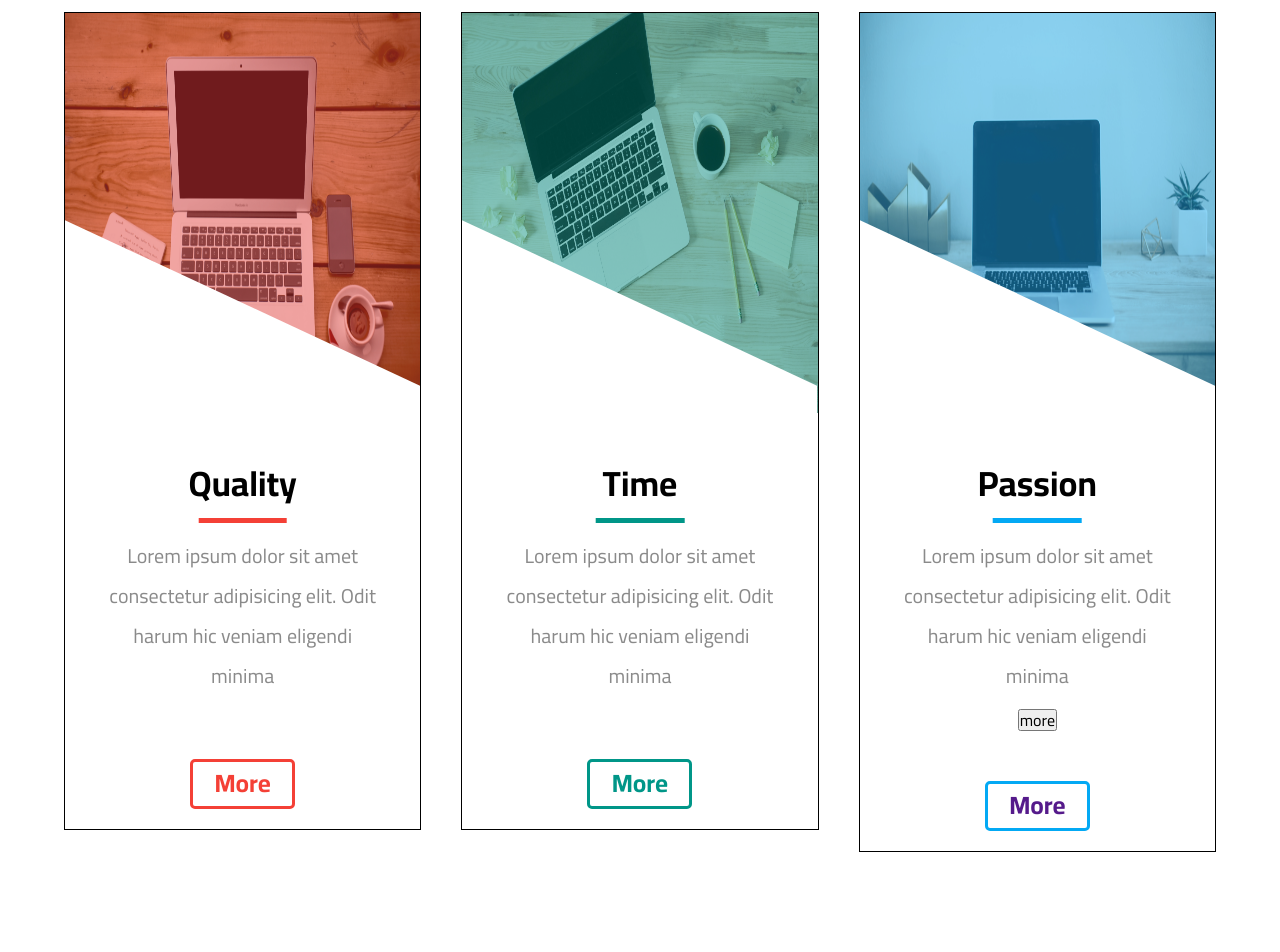
Repository: Toqa-25/elzeroAcdemey-Templete
Page: index.html
These files come from the project's save history. The page is drawn as it stood at one moment and after the next save; the edit follows.
The browser window is 1280 px wide. The pictures show the part of the page from y = 3276 to 4228 px (the page is 4228 px tall before and 4206 px after).
A picture or video elsewhere on the page could not be fetched, so the positions and the page height are approximate.

Above is the page before, as saved 2022-01-20 04:50:50.

### index.html
<!DOCTYPE html>
<html lang="en">
<head>
    <meta charset="UTF-8">
    <meta http-equiv="X-UA-Compatible" content="IE=edge">
    <meta name="viewport" content="width=device-width, initial-scale=1.0">
    <!-- normalize file -->
    <link rel="stylesheet" href="css/normalize.css">
    <!-- css files -->
    <link rel="stylesheet" href="css/style.css">
    <!-- fontAwosem file -->
    <link rel="stylesheet" href="css/all.min.css">
     <!-- font files -->
     <link rel="preconnect" href="https://fonts.googleapis.com">
    <link rel="preconnect" href="https://fonts.gstatic.com" crossorigin>
    <link href="https://fonts.googleapis.com/css2?family=Cairo:wght@200;400;700;800;900&display=swap" rel="stylesheet">
    <!-- page title -->
    <title>templete 3</title>
</head>
<body>
    <!-- header section -->
    <header id="" class="">
        <div class="container">
            <div class="header-content">
                <div class="header-content-logo">
                    <a href="index.html" class="logo link-none">Elzero</a>
                </div>
                <nav>
                     <ul class="nav-list unlist">
                        <li class="nav-list-item"> <a href="#articles" class="link-none  link-style" id="">articles</a></li>
                        <li class="nav-list-item"> <a href="#gallery" class="link-none  link-style" id="">gallery</a></li>
                        <li class="nav-list-item"> <a href="#features" class="link-none  link-style" id="">features</a></li>
                        <li class="nav-list-item" id="parent-other-links"> <a href="javascript:;" class="link-none  link-style " >other links</a>
                            <div class="other-links " id="child-other-links">
                            <div class="other-links-content">
                                <div class="other-links-content-img">
                                    <img src="images/header/Video files-amico.svg" alt="">
                                </div>
                                <ul class="other-links-list unlist">
                                    <div class="other-links-list-group-one">
                                    <li id="" class="other-links-list-item"><a href="" class="link-none  link-style "><i class="far fa-comments"></i> testimonials</a></li>
                                    <li id="" class="other-links-list-item"><a href="" class="link-none  link-style "><i class="far fa-user"></i> team member</a></li>
                                    <li id="" class="other-links-list-item"><a href="" class="link-none  link-style"><i class="far fa-building"></i> services</a></li>
                                    <li id="" class="other-links-list-item"><a href="" class="link-none  link-style"><i class="far fa-check-circle"></i> our skils</a></li>
                                    <li id="last-other-links-list-item" class="other-links-list-item last-other-links-list-item"><a href="" class="link-none  link-style"><i class="far fa-clipboard"></i> how it work</a></li>
                                    </div>
                                    <div class="other-links-list-group-one">
                                        <li id="" class="other-links-list-item"><a href="" class="link-none  link-style"><i class="far fa-calendar-alt"></i> events</a></li>
                                        <li id="" class="other-links-list-item"><a href="" class="link-none  link-style"><i class="fas fa-server"></i> pricing planes</a></li>
                                        <li id="" class="other-links-list-item"><a href="" class="link-none  link-style"><i class="far fa-play-circle"></i> top video</a></li>
                                        <li id="" class="other-links-list-item"><a href="" class="link-none  link-style"><i class="fas fa-chart-bar"></i> states</a></li>
                                        <li id="" class="other-links-list-item "><a href="" class="link-none  link-style"><i class="fas fa-percent"></i> request a discount</a></li>
                                    </div>
                                </ul>
                            </div>
                            </div>
                        </li>

                    </ul>
                </nav>
            </div>
        </div>
    </header>
    <!-- welcom section -->
    <section id="welcome" class="welcome marge">
        <div class="container">
            <div class="welcome-content">
                <div class="welcome-content-info">
                    <h1 class="welcome-content-info-head">welcome, to elzero world</h1>
                    <p class="welcome-content-info-text">Here Iam gonna share everything about my life. Books Iam reading, Games Iam Playing, Stories and Events</p>
                </div>
                <div class="welcome-content-img">
                    <img src="images/welcome/Website setup-amico.svg" alt="" srcset="" class="animate">
                </div>
            </div>
        </div>

    </section>
     <!-- arrow-up-down -->
    <div class="arrow ">
        <a href="#articles" class="link-none "><i class="fas fa-angle-double-down"></i></a>
    </div>
     <!-- article section -->
     <section class="container articles pad" id="articles">
         <div class="special-head">
             <h2>articles</h2>
            </div>
            <div class="article-content">
             <div class="article-content-item">
                <div class="article-content-item-img">
                    <img src="images/article/p_2.png" alt="" srcset="">
                </div>
                <div class="article-content-item-info">
                    <h3 class="article-content-item-info-head"> Test Title</h3>
                    <p class="article-content-item-info-text">Lorem ipsum dolor sit amet consectetur, adipisicing elit. Reprehenderit</p>
                </div>
                <div class="article-content-item-details">
                    <a href="#" class="article-content-item-details-link link-none">read more</a>
                    <a href="#" class="article-content-item-details-link link-none"><i class="fas fa-arrow-right"></i></a>
                </div>
         </div>
             <div class="article-content-item">
                <div class="article-content-item-img">
                    <img src="images/article/p_3.jpg" alt="" srcset="">
                </div>
                <div class="article-content-item-info">
                    <h3 class="article-content-item-info-head"> Test Title</h3>
                    <p class="article-content-item-info-text">Lorem ipsum dolor sit amet consectetur, adipisicing elit. Reprehenderit</p>
                </div>
                <div class="article-content-item-details">
                    <a href="#" class="article-content-item-details-link link-none">read more</a>
                    <a href="#" class="article-content-item-details-link link-none"><i class="fas fa-arrow-right"></i></a>
                </div>
         </div>
             <div class="article-content-item">
                <div class="article-content-item-img">
                    <img src="images/article/p_4.jpg" alt="" srcset="">
                </div>
                <div class="article-content-item-info">
                    <h3 class="article-content-item-info-head"> Test Title</h3>
                    <p class="article-content-item-info-text">Lorem ipsum dolor sit amet consectetur, adipisicing elit. Reprehenderit</p>
                </div>
                <div class="article-content-item-details">
                    <a href="#" class="article-content-item-details-link link-none">read more</a>
                    <a href="#" class="article-content-item-details-link link-none"><i class="fas fa-arrow-right"></i></a>
                </div>
         </div>
             <div class="article-content-item">
                <div class="article-content-item-img">
                    <img src="images/article/p_10.jpg" alt="" srcset="">
                </div>
                <div class="article-content-item-info">
                    <h3 class="article-content-item-info-head"> Test Title</h3>
                    <p class="article-content-item-info-text">Lorem ipsum dolor sit amet consectetur, adipisicing elit. Reprehenderit</p>
                </div>
                <div class="article-content-item-details">
                    <a href="#" class="article-content-item-details-link link-none">read more</a>
                    <a href="#" class="article-content-item-details-link link-none"><i class="fas fa-arrow-right"></i></a>
                </div>
         </div>
             <div class="article-content-item">
                <div class="article-content-item-img">
                    <img src="images/article/p_6.jpg" alt="" srcset="">
                </div>
                <div class="article-content-item-info">
                    <h3 class="article-content-item-info-head"> Test Title</h3>
                    <p class="article-content-item-info-text">Lorem ipsum dolor sit amet consectetur, adipisicing elit. Reprehenderit</p>
                </div>
                <div class="article-content-item-details">
                    <a href="#" class="article-content-item-details-link link-none">read more</a>
                    <a href="#" class="article-content-item-details-link link-none"><i class="fas fa-arrow-right"></i></a>
                </div>
         </div>
             <div class="article-content-item">
                <div class="article-content-item-img">
                    <img src="images/article/p_7.jpg" alt="" srcset="">
                </div>
                <div class="article-content-item-info">
                    <h3 class="article-content-item-info-head"> Test Title</h3>
                    <p class="article-content-item-info-text">Lorem ipsum dolor sit amet consectetur, adipisicing elit. Reprehenderit</p>
                </div>
                <div class="article-content-item-details">
                    <a href="#" class="article-content-item-details-link link-none">read more</a>
                    <a href="#" class="article-content-item-details-link link-none"><i class="fas fa-arrow-right"></i></a>
                </div>
         </div>
             <div class="article-content-item">
                <div class="article-content-item-img">
                    <img src="images/article/p_8 .jpg" alt="" srcset="">
                </div>
                <div class="article-content-item-info">
                    <h3 class="article-content-item-info-head"> Test Title</h3>
                    <p class="article-content-item-info-text">Lorem ipsum dolor sit amet consectetur, adipisicing elit. Reprehenderit</p>
                </div>
                <div class="article-content-item-details">
                    <a href="#" class="article-content-item-details-link link-none">read more</a>
                    <a href="#" class="article-content-item-details-link link-none"><i class="fas fa-arrow-right"></i></a>
                </div>
         </div>
             <div class="article-content-item">
                <div class="article-content-item-img">
                    <img src="images/article/p_9.jpg" alt="" srcset="">
                </div>
                <div class="article-content-item-info">
                    <h3 class="article-content-item-info-head"> Test Title</h3>
                    <p class="article-content-item-info-text">Lorem ipsum dolor sit amet consectetur, adipisicing elit. Reprehenderit</p>
                </div>
                <div class="article-content-item-details">
                    <a href="#" class="article-content-item-details-link link-none">read more</a>
                    <a href="#" class="article-content-item-details-link link-none"><i class="fas fa-arrow-right"></i></a>
                </div>
         </div>
         </div>
     </section>
     <!-- gallery section -->
     <section class="pad gallery contain" id="gallery">
         <div class="special-head">
             <h2>gallery</h2>
            </div>
          <div class="container gallery-content">
              <div class="gallery-content-item">
                  <img src="images/gallery/gallery-1.jpg" alt="" srcset="">
              </div>
              <div class="gallery-content-item">
                      <img src="images/gallery/CSS-2.png" alt="" srcset="">
              </div>
              <div class="gallery-content-item">
                  <img src="images/gallery/Bootstrap-3.jpg" alt="" srcset="">
              </div>
              <div class="gallery-content-item">
                  <img src="images/gallery/C++-4.jpg" alt="" srcset="">
                </div>
                <div class="gallery-content-item">
                    <img src="images/gallery/paython-5.png" alt="" srcset="">
                </div>
                <div class="gallery-content-item">
                  <img src="images/gallery/React-6.png" alt="" srcset="">
              </div>
          </div>
        </section>
    <!-- features section -->
    <section class="pad features" id="features">
          <div class="special-head">
             <h2>features</h2>
          </div>
          <div class="features-content container">
              <div class="features-content-item">
                  <div class="features-content-item-image">
                      <img src="images/features/feature-1 (1).jpg" alt="">
                  </div>
                  <div class="features-content-item-info">
                    <p class="features-content-item-info-head">quality</p>
                    <p class="features-content-item-info-text">Lorem ipsum dolor sit amet consectetur adipisicing elit. Odit harum hic veniam eligendi minima</p>
                    <!-- <button class="features-content-item-btn">more</button> -->
                </div>
                <div class="features-content-item-more">
                      <a href="" class="link-none">more</a>
                  </div>
              </div>
              <div class="features-content-item">
                  <div class="features-content-item-image">
                      <img src="images/features/feature-2.jpg" alt="">
                  </div>
                  <div class="features-content-item-info">
                    <p class="features-content-item-info-head">time</p>
                    <p class="features-content-item-info-text">Lorem ipsum dolor sit amet consectetur adipisicing elit. Odit harum hic veniam eligendi minima</p>
                </div>
                <div class="features-content-item-more">
                 <a href="" class="link-none">more</a>
                </div>
                  <!-- <div class="features-content-item-more"></div> -->
              </div>
              <div class="features-content-item">
                  <div class="features-content-item-image">
                      <img src="images/features/feature-3.jpg" alt="">
                  </div>
                  <div class="features-content-item-info">
                    <p class="features-content-item-info-head">passion</p>
                    <p class="features-content-item-info-text">Lorem ipsum dolor sit amet consectetur adipisicing elit. Odit harum hic veniam eligendi minima</p>
                    <button class="features-content-item-btn">more</button>
                  </div>
                        <div class="features-content-item-more">
                      <a href="" class="link-none">more</a>
                  </div>
                  <!-- <div class="features-content-item-more"></div> -->
              </div>

          </div>

    </section>



       <script src="script.js">

       </script>
</body>
</html>

Loaded but not shown: css/normalize.css (library); css/all.min.css (library); script.js (5 lines, source omitted); css/style.css (808 lines, source omitted)

After the next save:
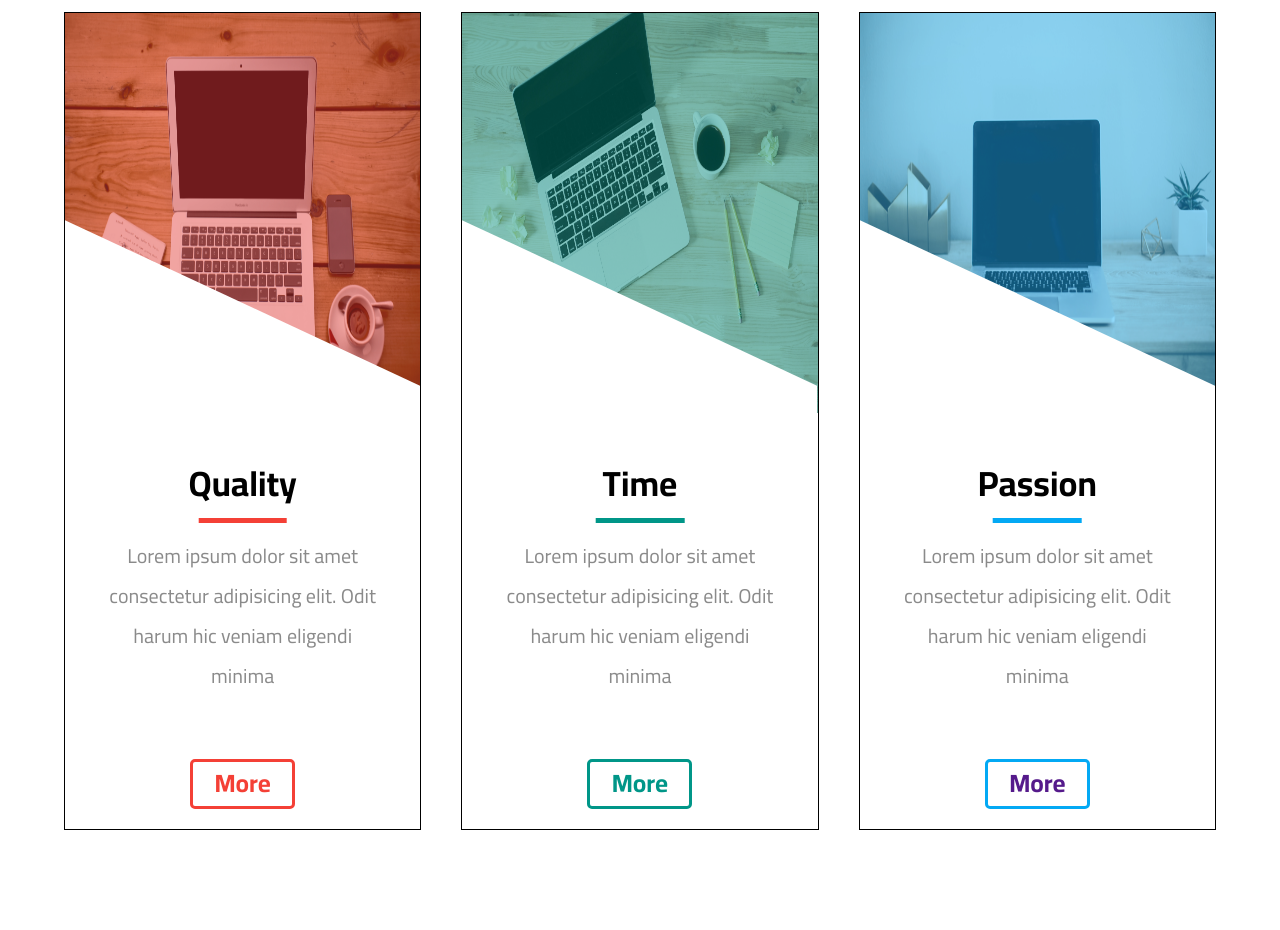
Saved 12 s later.
--- a/index.html
+++ b/index.html
@@ -257,7 +257,6 @@
                   <div class="features-content-item-info">
                     <p class="features-content-item-info-head">passion</p>
                     <p class="features-content-item-info-text">Lorem ipsum dolor sit amet consectetur adipisicing elit. Odit harum hic veniam eligendi minima</p>
-                    <button class="features-content-item-btn">more</button>
                   </div>
                         <div class="features-content-item-more">
                       <a href="" class="link-none">more</a>
